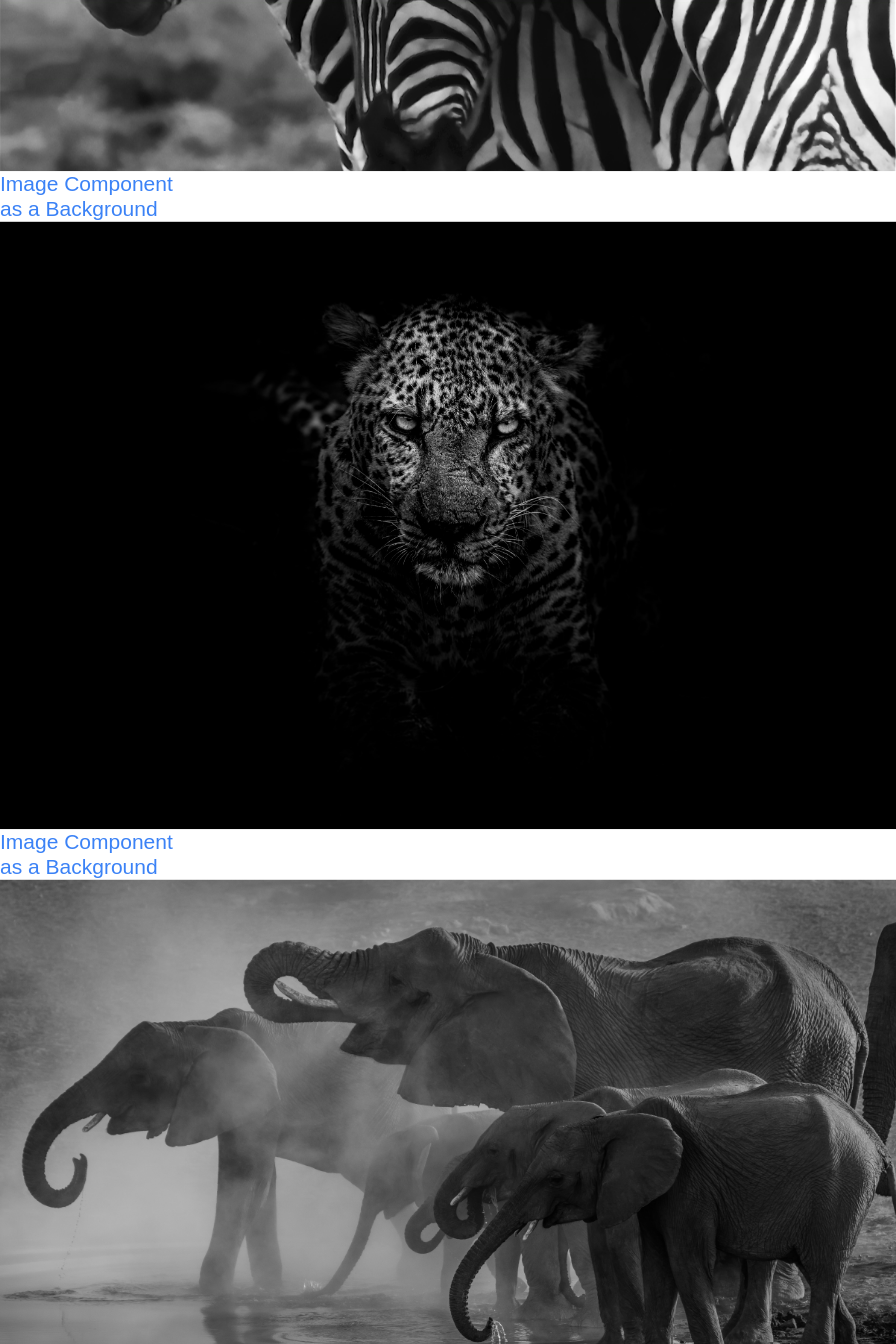
Repository: BrightonMboya/ggv-landingPage
Page: /
An editor plug-in stored every save of this project. The page is shown before and after the next save, followed by the edit.
The browser window is 1280 px wide. The pictures show the part of the page from y = 432 to 2352 px (the page is 2629 px tall before and 2593 px after), at 70% of full size.
The project was rebuilt for these pictures with package versions that can differ from the ones it lists, and the page was loaded fresh each time. The framework's server and built-in components were replaced by stand-ins that run in the browser. Also part of the build but not shown: next.config.js.

Above is the page before, as saved 2022-06-13 19:44:24.

### pages/index.js
import React from "react";
import styles from "../styles/Home.module.css";
import HomePage from "./HomePage";
import AboutUs from "./AboutUs";
import Contactus from "./Contactus";

// const index = () => {
//   return (
//     <React.Fragment>
//       <div className={`${styles.global} ${styles.container}`}>
//         <section className={`${styles.section}`}>
//           <HomePage />
//         </section>
//         <section className={`${styles.section}`}>
//           <AboutUs />
//         </section>
//         <section className={`${styles.section} ${styles.three}`}>
//           <Contactus />
//         </section>
//       </div>
//     </React.Fragment>
//   );
// };

const index = () => {
  return (
    <React.Fragment>
      <div className={styles.global}>
        <div className={styles.container}>
          <section className={styles.section}>
            <HomePage />
          </section>
          <section className={styles.section}>
            <AboutUs />
          </section>
          <section className={styles.section}>
            <Contactus />
          </section>
        </div>
      </div>
    </React.Fragment>
  );
};

export default index;

### styles/Home.module.css
.global {
  margin: 0;
  padding: 0;
  box-sizing: border-box;
  font-family: sans-serif;
  /* border: 2px solid yellow; */
}
.section {
  /* height: 100vh; */
  display: flex;
  justify-content: center;
  align-items: center;
  scroll-snap-align: start;
}

.container {
  scroll-snap-type: y mandatory;
  overflow-y: scroll;
  /* height: 100vh; */
  /* border: 2px solid red; */
}

.bgWrap {
  /* position: fixed; */
  /* height: 100vh; */
  /* min-height: 80vh; */
  width: 100vw;
  overflow: hidden;
  z-index: -1;
  background-size: cover;
  -webkit-background-size: cover;
  -moz-background-size: cover;
  -moz-background-size: cover;
  background: center no-repeat;
}

.bg {
  max-width: 100%;
}

/* @media and (max-width: 480px) {
} */

### pages/HomePage.js
import React from "react";
import styles from "../styles/Home.module.css";
import Image from "next/image";

const HomePage = () => {
  return (
    <div>
      <div className={`${styles.bgWrap} ${styles.bg}`}>
        <Image
          src="/home.jpg"
          layout="responsive"
          width={900}
          height={475}
          objectFit="cover"
          quality={100}
        />
      </div>
      <p className="text-blue-500 text-3xl">
        Image Component
        <br />
        as a Background
      </p>
    </div>
  );
};

export default HomePage;

### pages/AboutUs.js
import Image from "next/image";
import styles from "../styles/Home.module.css";
// import home from "./assets/home.jpg";

const AboutUs = () => {
  return (
    <div>
      <div className={styles.bgWrap}>
        <Image
          src="/about.jpg"
          layout="responsive"
          // objectFit="cover"
          quality={100}
          width={700}
          height={475}
        />
      </div>
      <p className="text-blue-500 text-3xl">
        Image Component
        <br />
        as a Background
      </p>
    </div>
  );
};

export default AboutUs;

### pages/Contactus.js
import React from "react";
import Image from "next/image";
import styles from "../styles/Home.module.css";

const Contactus = () => {
  return (
    <div>
      <div className={styles.bgWrap}>
        <Image
          src="/contact.jpg"
          layout="responsive"
          objectFit="cover"
          quality={100}
          width={700}
          height={475}
        />
      </div>
      <p className="text-blue-500 text-3xl">
        Image Component
        <br />
        as a Background
      </p>
    </div>
  );
};

export default Contactus;

### tailwind.config.js
module.exports = {
  content: [
    "./pages/**/*.{js,ts,jsx,tsx}",
    "./components/**/*.{js,ts,jsx,tsx}"
  ],
  theme: {
    extend: {
      colors: {
        black: "#000107",
        slate: "#E3F1EF"
      }
    }
  },
  plugins: []
};

Loaded but not shown: pages/_app.js (common file); styles/globals.css (common file)

After the next save:
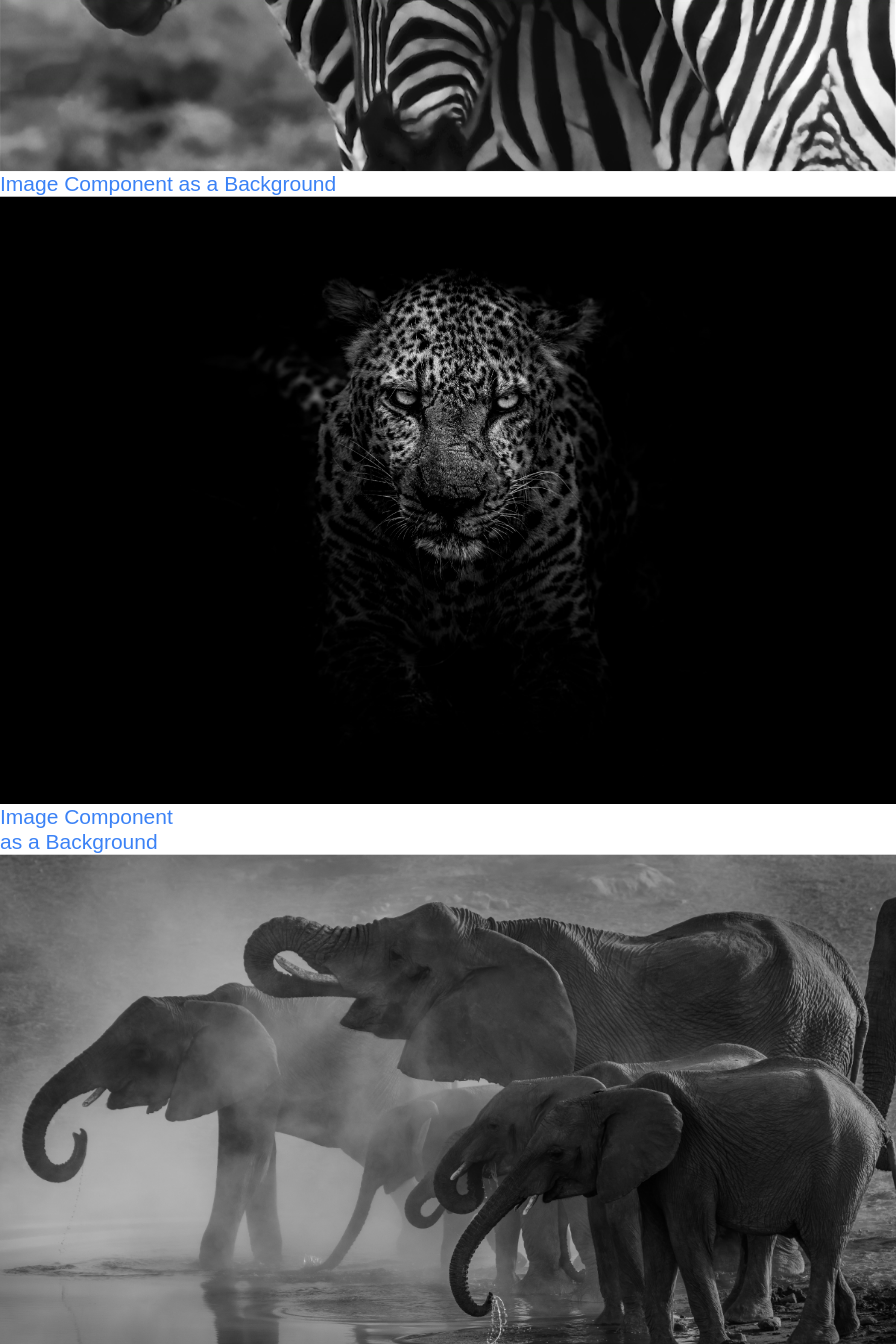
Saved 37 s later.
--- a/pages/HomePage.js
+++ b/pages/HomePage.js
@@ -15,11 +15,7 @@ const HomePage = () => {
           quality={100}
         />
       </div>
-      <p className="text-blue-500 text-3xl">
-        Image Component
-        <br />
-        as a Background
-      </p>
+      <p className="text-blue-500 text-3xl">Image Component as a Background</p>
     </div>
   );
 };
